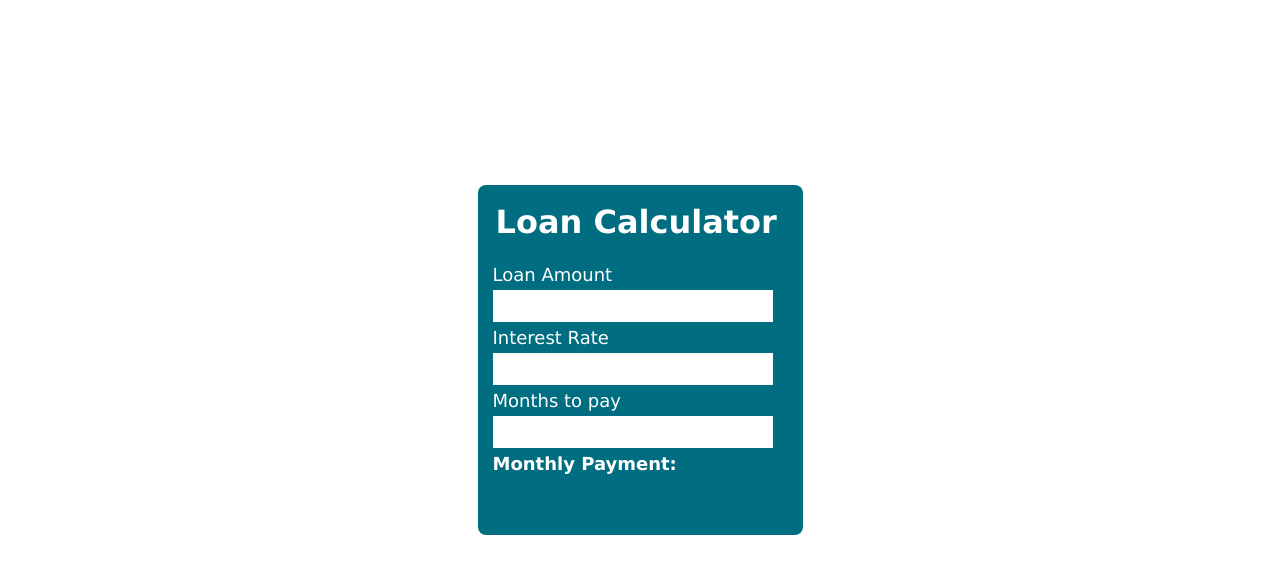
Repository: Ankitkr2021/Loan-Calculator
Page: index.html
These files come from the project's save history. The page is drawn as it stood at one moment and after the next save; the edit follows.
The browser window is 1280 px wide. The pictures show the whole page.

Above is the page before, as saved 2025-10-28 08:57:06.

After the next save:
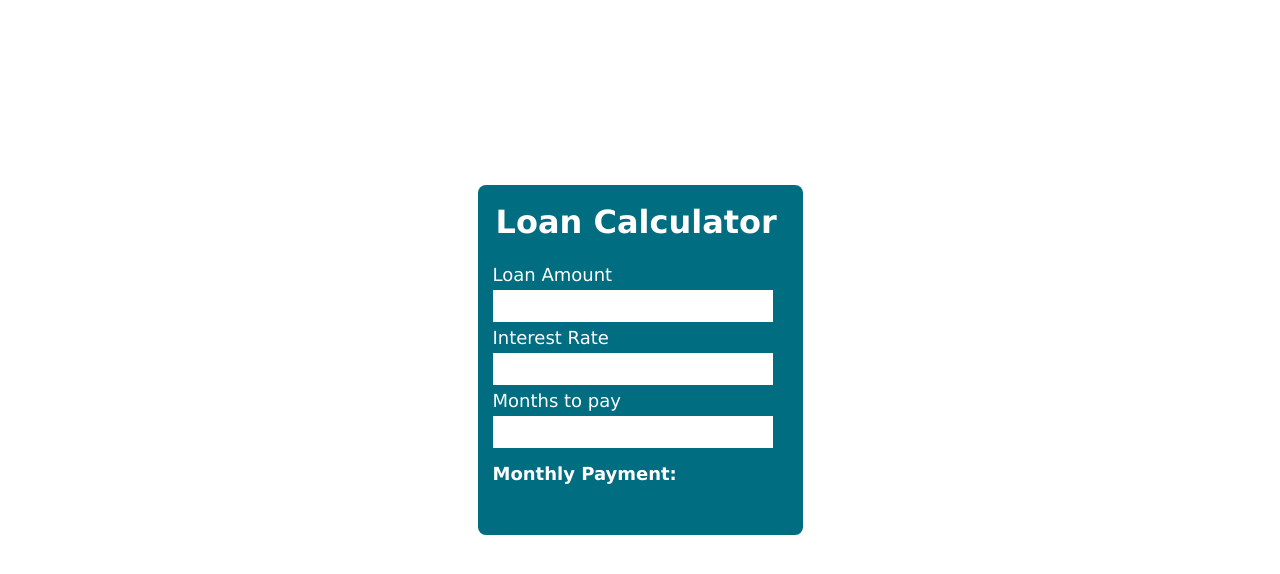
Saved 5 s later.
--- a/style.css
+++ b/style.css
@@ -49,5 +49,5 @@ h4{
     font-size: 18px;
    margin-left: 15px;
     margin-bottom: 5px;
-    margin-top: 5px;
+    margin-top: 15px;
 }
